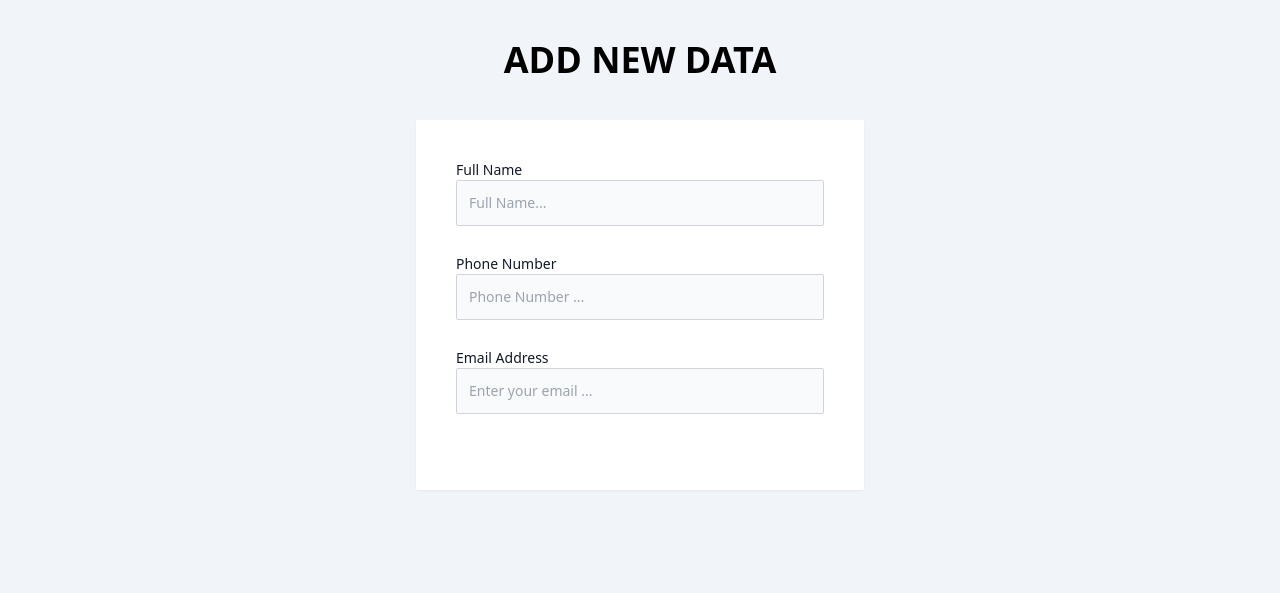
Repository: KilluaProject/crud-nextjs14
Page: /contacts/create
An editor plug-in stored every save of this project. The page is shown before and after the next save, followed by the edit.
The browser window is 1280 px wide. The pictures show the whole page.
The project was rebuilt for these pictures with package versions that can differ from the ones it lists, and the page was loaded fresh each time. The framework's server and built-in components were replaced by stand-ins that run in the browser. Also part of the build but not shown: next.config.mjs.

Above is the page before, as saved 2024-06-30 20:48:29.

After the next save:
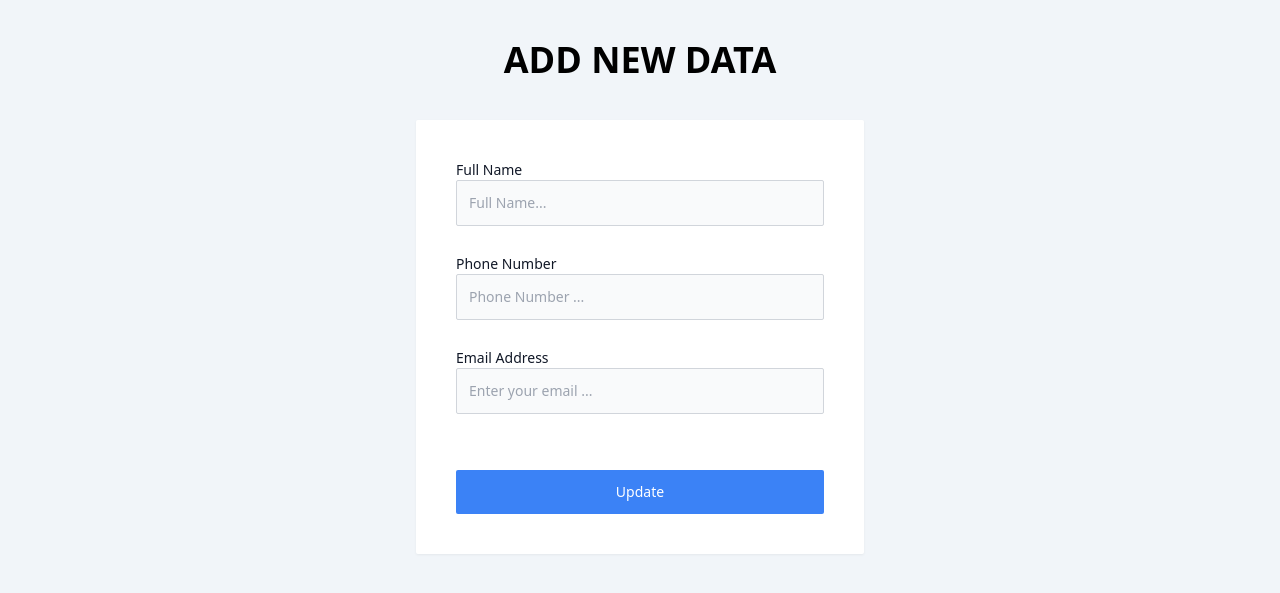
Saved 4 s later.
--- a/components/CreateForm.tsx
+++ b/components/CreateForm.tsx
@@ -3,6 +3,7 @@
 import React from 'react'
 import { saveContact } from '@/libs/actions'
 import { useFormState } from 'react-dom'
+import { SubmitButton } from './Button'
 
 const CreateForm = () => {
   const [state, formAction] = useFormState(saveContact, null)
@@ -36,7 +37,7 @@ const CreateForm = () => {
         <div id='message-error' aria-live='polite' aria-atomic='true'>
             <p className='mt-2 text-sm text-red-500'>{state?.message}</p>
         </div>
-
+        <SubmitButton label=''/>
       </form>
     </div>
   )
